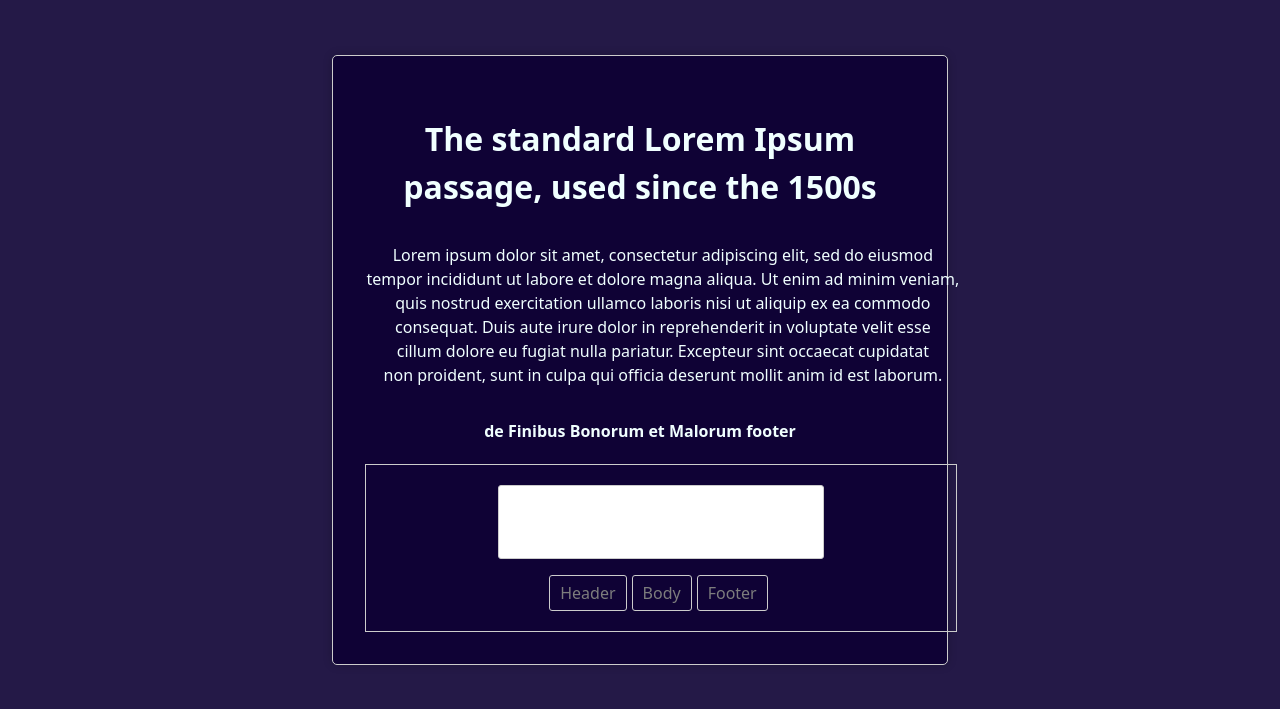
Repository: Freezler/AnnounceCraft
Page: index.html
The author's editor kept a copy of each file at every save. The page is drawn from the files as they stood at one save, then again after the next save.
The browser window is 1280 px wide. The pictures show the whole page.

Above is the page before, as saved 2024-01-21 10:29:59.

### index.html
<!DOCTYPE html>
<html lang="en">

<head>
	<meta charset="UTF-8" />
	<meta name="viewport" content="width=device-width, initial-scale=1.0" />
	<title>Shopping List App</title>
	<link rel="stylesheet" href="style.css" />
</head>

<body>

	<section id="shopping-list">
		<h1>{{ header }}</h1>
		<p>{{ body }}</p>
		<h4>{{ footer }}</h4>
		<div class="choice-box">
			<input v-model="selectedText" type="text" />
			<div class="radio-container">
				<input type="radio" id="header" value="Header" v-model="selectedType" @change="updateText">
				<label for="header">Header</label>
				<input type="radio" id="body" value="Body" v-model="selectedType" @change="updateText">
				<label for="body">Body</label>
				<input type="radio" id="footer" value="Footer" v-model="selectedType" @change="updateText">
				<label for="footer">Footer</label>
			</div>
		</div>

	</section>
	<script src="https:unpkg.com/vue@3"></script>
	<script>
		const shoppingList = Vue.createApp({
			data() {
				return {
					header: "The standard Lorem Ipsum passage, used since the 1500s",
					body: "Lorem ipsum dolor sit amet, consectetur adipiscing elit, sed do eiusmod tempor incididunt ut labore et dolore magna aliqua. Ut enim ad minim veniam, quis nostrud exercitation ullamco laboris nisi ut aliquip ex ea commodo consequat. Duis aute irure dolor in reprehenderit in voluptate velit esse cillum dolore eu fugiat nulla pariatur. Excepteur sint occaecat cupidatat non proident, sunt in culpa qui officia deserunt mollit anim id est laborum.",
					footer: "de Finibus Bonorum et Malorum footer",
					selectedText: "",
					selectedType: "" // Set initial value to Header
				};
			},
			methods: {
				updateText() {
					switch (this.selectedType) {
						case "Header":
							this.header = this.selectedText;
							break;
						case "Body":
							this.body = this.selectedText;
							break;
						case "Footer":
							this.footer = this.selectedText;
							break;
					}
				}
			}
		}).mount("#shopping-list");
	</script>
</body>

</html>

### style.css
body {
    margin: 0;
    padding: 0;
    font-family: system-ui, -apple-system, BlinkMacSystemFont, 'Segoe UI', Roboto, Oxygen, Ubuntu, Cantarell, 'Open Sans', 'Helvetica Neue', sans-serif;
    background-color: hsla(255, 100%, 10%, 0.9);
    color: azure;
    text-align: center;
    height: 100vh;
    display: flex;
    flex-direction: column;
    justify-content: space-evenly;
    align-items: center;
}

section {
    padding: 2rem;
    border: 1px solid #ccc;
    border-radius: 5px;
    box-shadow: 0 0 10px rgba(0, 0, 0, 0.2);
    width: 60ch;
    margin: 0 auto;
    background-color: hsla(255, 100%, 10%, 0.9);
    transition: all 1s ease;
    text-align: center;
    line-height: 1.5;

}

h1 {
    font-size: 2rem;
}

h1:hover {

    transform: scale(1.5);
    color: hsla(66, 80%, 50%, 0.9);
    transition: all 5s cubic-bezier(0.215, 0.610, 0.355, 1);
}
p {
    font-size: 1rem;
    width: 65ch;
    line-height: 1.5;
    margin: 2rem auto;
    text-wrap: balance;
}
label {
    display: block;
    color: #7d7d7d;
  }

  .radio-container input[type="radio"] {
    display: none;
}

.radio-container input[type="radio"] + label {
    display: inline-block;
    padding: 5px 10px;
    border: 1px solid #ccc;
    border-radius: 3px;
    margin-right: 5px;
    cursor: pointer;
}

.radio-container input[type="radio"]:checked + label {
    background-color: #e0e0e0;
}

.choice-box {
    display: flex;
    flex-direction: column;
    gap: 16px;
    justify-content: center;
    break-before: always;
    margin: 0 auto;
    width: 100%;
    border: 1px solid #ccc;
    padding: 20px;
    input {
        width: 50%;
        padding: 25px;
        border: 1px solid #ccc;
        border-radius: 3px;
        font-size: 16px;
        font-family: system-ui, -apple-system, BlinkMacSystemFont, 'Segoe UI', Roboto, Oxygen, Ubuntu, Cantarell, 'Open Sans', 'Helvetica Neue', sans-serif;
        margin: 0 auto;
        outline: none;
        &:focus {
            border-color: #007bff;
            box-shadow: 0 0 0 0.2rem rgba(0, 123, 255, 0.25);


        }
    }
}

After the next save:
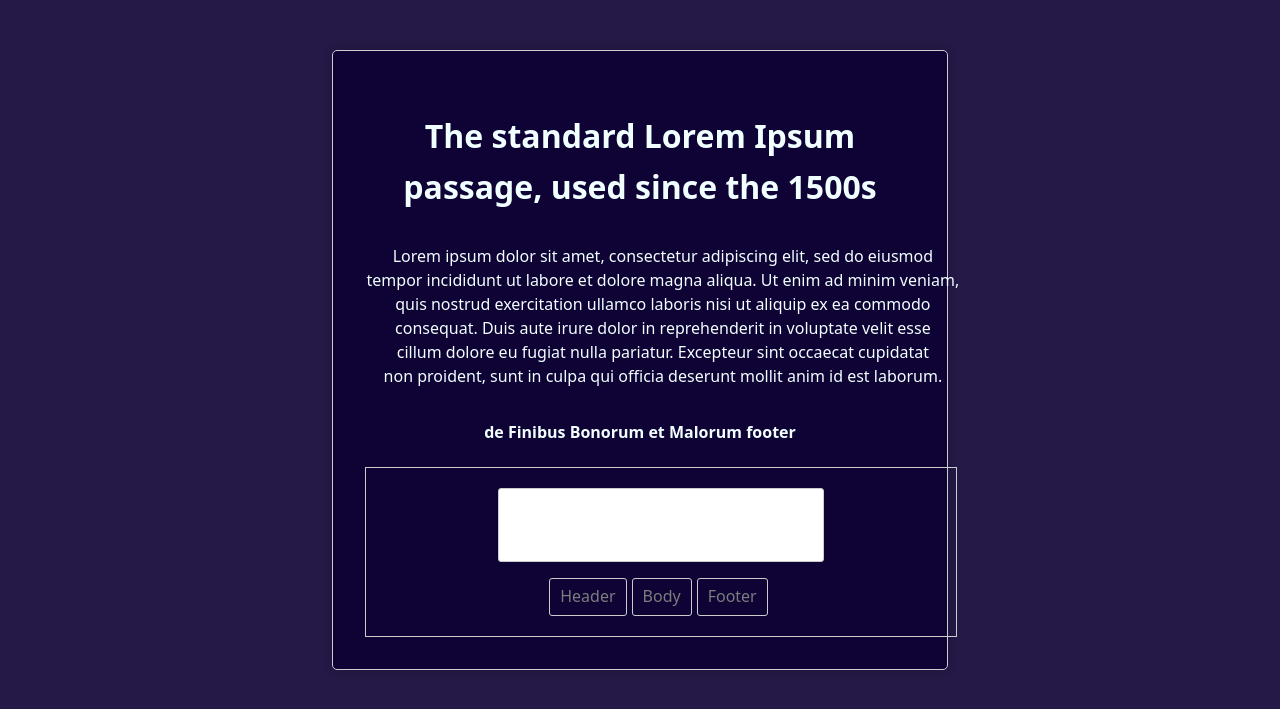
Saved 18 s later.
--- a/style.css
+++ b/style.css
@@ -22,7 +22,7 @@
     background-color: hsla(255, 100%, 10%, 0.9);
     transition: all 1s ease;
     text-align: center;
-    line-height: 1.5;
+    line-height: 1.6;
 
 }
 
